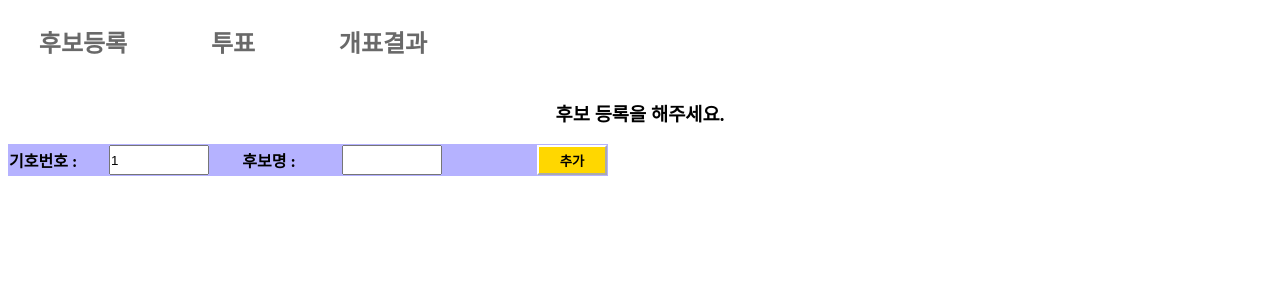
Repository: noheul1030/KOPO-HTML
Page: http://localhost/Tupyo/Tupyo/A_01.jsp
An editor plug-in stored every save of this project. The page is shown before and after the next save, followed by the edit.
The browser window is 1280 px wide. The pictures show the whole page.
The page is served by Tomcat 9. Queries for data that is not in the repository find no rows.

Above is the page before, as saved 2023-06-03 15:37:30.

After the next save:
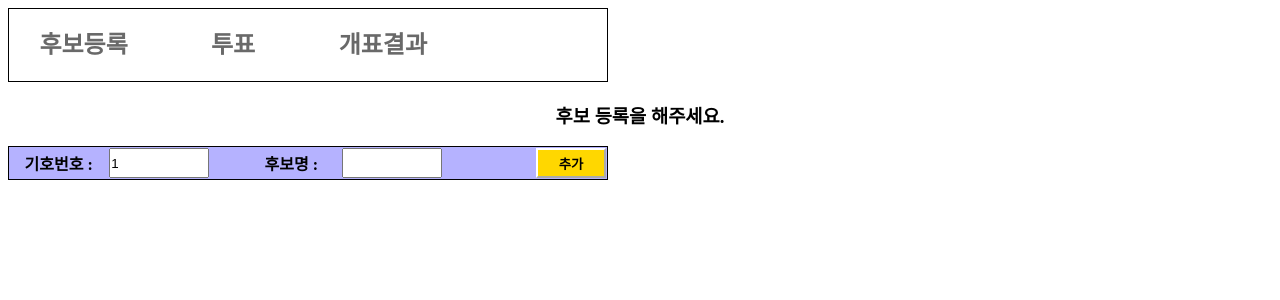
Saved 85 s later.
--- a/Tupyo/src/main/webapp/Tupyo/A_01.jsp
+++ b/Tupyo/src/main/webapp/Tupyo/A_01.jsp
@@ -9,7 +9,7 @@
 <html>
     <head>
     	<style>
-    		table{align : center; border: 1; width : 600; border-collapse: collapse;}
+    		table {text-align: center; border: 1px solid black; width: 600px; border-collapse: collapse;}
     		a {text-decoration-line: none;  color: #696969;}
     		h2 {margin-top: 15px; text-align: center;}
     		.fourth {
